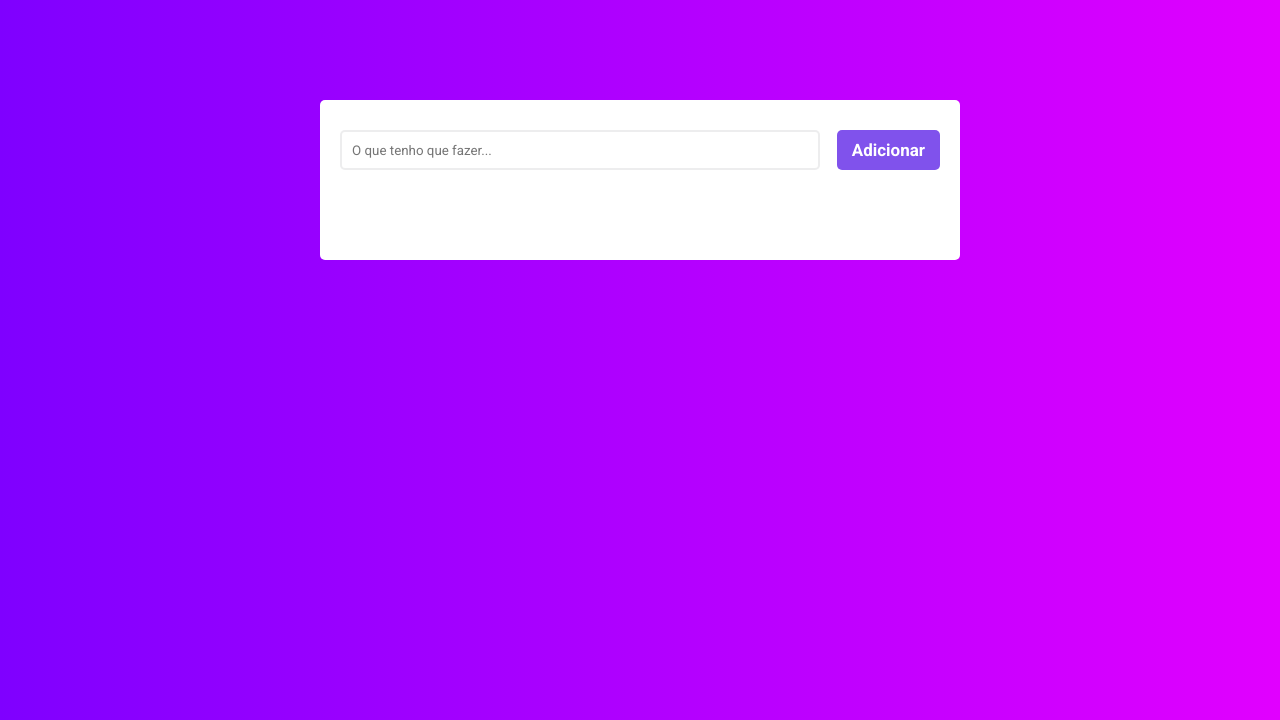
Repository: PLSR12/ToDoList
Page: index.html
An editor plug-in stored every save of this project. The page is shown before and after the next save, followed by the edit.
The browser window is 1280 px wide. The pictures show the whole page.
Some web libraries are served in a nearby version.

Above is the page before, as saved 2022-01-14 12:59:15.

### index.html
<!DOCTYPE html>
<html lang="pt-br">

<head>
    <meta charset="UTF-8">
    <meta http-equiv="X-UA-Compatible" content="IE=edge">
    <meta name="viewport" content="width=device-width, initial-scale=1.0">
    <script src="https://kit.fontawesome.com/7a5bd120bc.js" crossorigin="anonymous"></script>
    <link rel="stylesheet" href="./styles.css">
    <link rel="preconnect" href="https://fonts.googleapis.com">
    <link rel="preconnect" href="https://fonts.gstatic.com" crossorigin>
    <link href="https://fonts.googleapis.com/css2?family=Roboto:wght@100;400;700&display=swap" rel="stylesheet">
    <title> Lista de Tarefas </title>
</head>

<body>

    <div class="container">
        <input id="input-principal" placeholder="O que tenho que fazer...">

        <button id="botao-adicionar"> Adicionar </button>

        <ul id="tarefas">

        </ul>
    </div>

</body>

<script src="./scripts.js">

</script>

</html>

### styles.css

* {
    margin: 0;
    padding: 0;
    box-sizing: border-box;
    outline: none;
    font-family: 'Roboto', sans-serif;
}

body {
    background: linear-gradient(90deg, #7F00FF 0%, #E100FF 100%);
}


#botao-adicionar {
    background: #8052EC;
    border-radius: 5px;
    height: 40px;
    border: none;
    padding: 0 15px;
    color: #FFFFFF;
    font-size: 17px;
    cursor: pointer;
    float: right;
    font-weight: 700;
}

#botao-adicionar:hover{
    opacity: 0.8;
}

#botao-adicionar:active {
    opacity: 0.6;
}

.container {
    background: #FFFFFF;
    width: 50%;
    margin-bottom: 100px;
    border-radius: 5px;
    margin-top: 100px;
    margin-left: auto;
    margin-right: auto;
    padding: 30px 20px;
}

#input-principal {
    width: 80%;
    height: 40px;
    border: 2px solid rgba(209, 211, 212, 0.4);
    border-radius: 5px;
    padding-left: 10px;
}

#tarefas {
    width: 100%;
    list-style: none;
    margin-top: 60px;
}

.item-tarefa {
    background: #F2F2F2;
    box-shadow: 1px 4px 10px rgba(0, 0, 0, 0.2);
    border-radius: 5px;
    padding: 20px 45px;
    cursor: pointer;
    position: relative;
    margin-top: 30px;
}

.nome-tarefa {
    color: #000000;
    font-size: 15px;
}

.botao-delete {
    border: none;
    background: transparent;
    position: absolute;
    right: 0;
    top: 0;
    height: 100%;
    width: 40px;
    cursor: pointer;
    opacity: 0;
    transition: opacity 0.5s ease-in-out;
}

.fa-trash{
    color: red;
}

.botao-foguete {
    border: none;
    background: transparent;
    position: absolute;
    left: 0;
    top: 0;
    height: 100%;
    width: 40px;
    cursor: pointer;
    opacity: 0;
    transition: opacity 0.5s ease-in-out;
}

.fa-rocket {
    color:#4F0FC5;
}

.item-tarefa:hover .botao-delete{
    opacity: 1;
}

.item-tarefa:hover .botao-foguete{
    opacity: 1;
}

.concluido{
   background-color: #d4f88d;
   text-decoration: line-through;
}

### scripts.js
let input = document.getElementById("input-principal");
let button = document.getElementById("botao-adicionar");
let tarefa = document.getElementById("nome-tarefa-id");
let listaCompleta = document.getElementById("tarefas");

let arrayDeTarefas = [];
recarregarTarefas();

function mostrarTarefas() {
  let novaLi = "";

  arrayDeTarefas.forEach((tarefa, index) => {
    novaLi =
      novaLi +
      `
        <li class="item-tarefa ${tarefa.concluida == true ? "concluido" : ""} ">
            <button class="botao-foguete" onclick="concluirTarefa(${index})">
                <i class="fas fa-rocket"></i>
            </button>

            <p class="nome-tarefa ${
              tarefa.concluida == true ? "concluido" : ""
            }" id="nome-tarefa-id">${tarefa.tarefa}</p>

            <button class="botao-delete" onclick="deletarTarefa(${index})">
                <i class="fas fa-trash"></i>
            </button>
        </li>
`;
  });

  listaCompleta.innerHTML = novaLi;

  localStorage.setItem("lista", JSON.stringify(arrayDeTarefas));
}

function deletarTarefa(index) {
  arrayDeTarefas.splice(index, 1);

  mostrarTarefas();
}

function adicionarTarefa() {
  if (input.value) {
    arrayDeTarefas.push({
      tarefa: input.value,
      concluida: false,
    });
  } else {
    alert("Digite uma tarefa");
  }

  input.value = "";
  mostrarTarefas();
}

function concluirTarefa(index) {
  arrayDeTarefas[index].concluida = !arrayDeTarefas[index].concluida;

  mostrarTarefas();
}

function recarregarTarefas() {
  let minhasTarefas = localStorage.getItem("lista");

  if (minhasTarefas) {
    arrayDeTarefas = JSON.parse(minhasTarefas);

    mostrarTarefas();
  }
}

function adicionarPeloEnter(teclas) {
  if (teclas.key === "Enter") {
    adicionarTarefa();
  }
}

button.addEventListener("click", adicionarTarefa);

document.addEventListener("keypress", adicionarPeloEnter);

After the next save:
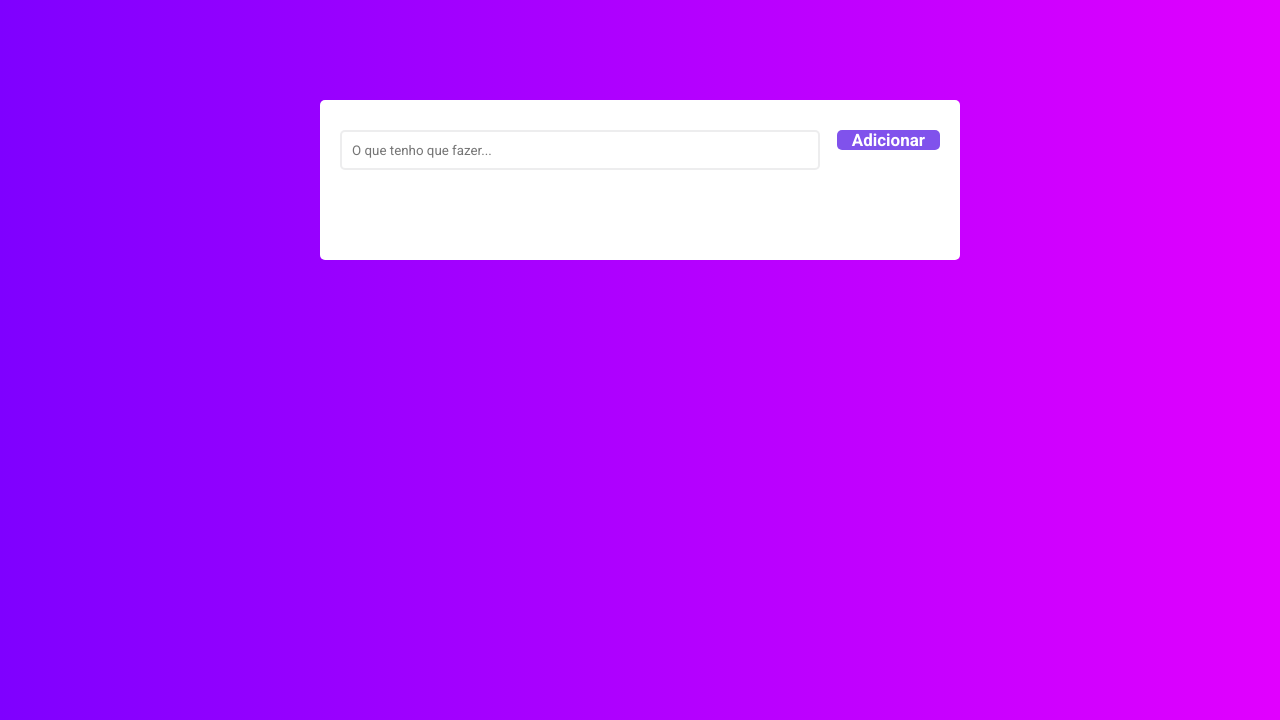
Saved 19 s later.
--- a/styles.css
+++ b/styles.css
@@ -15,7 +15,7 @@
 #botao-adicionar {
     background: #8052EC;
     border-radius: 5px;
-    height: 40px;
+    height: 10%px;
     border: none;
     padding: 0 15px;
     color: #FFFFFF;

After the save that followed:
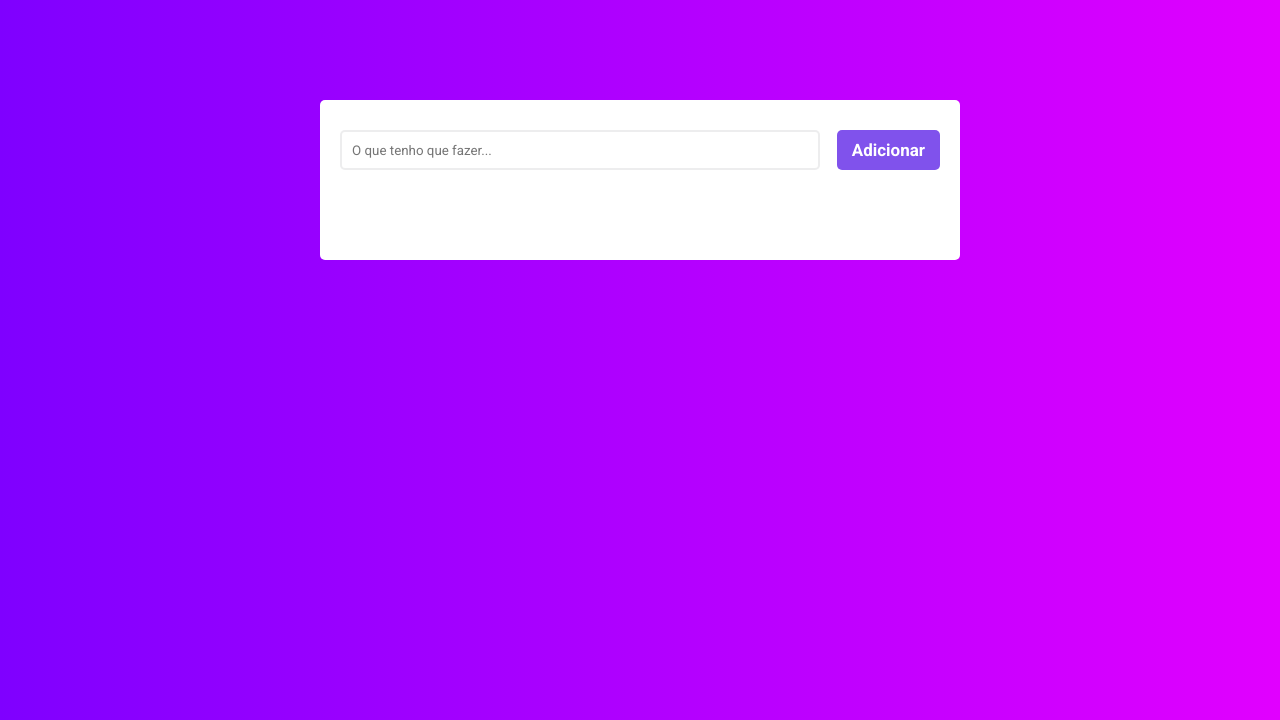
Saved 7 s later.
--- a/styles.css
+++ b/styles.css
@@ -15,7 +15,8 @@
 #botao-adicionar {
     background: #8052EC;
     border-radius: 5px;
-    height: 10%px;
+
+    height: 40px;
     border: none;
     padding: 0 15px;
     color: #FFFFFF;
